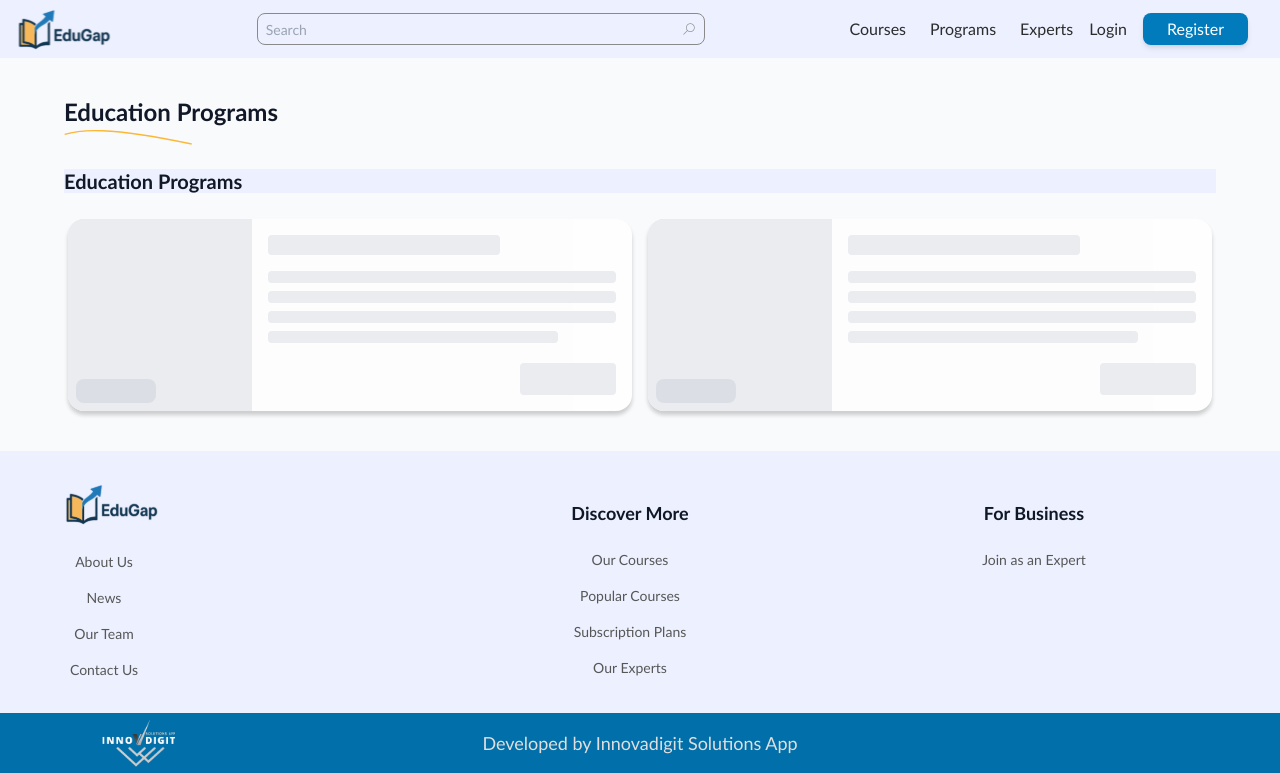
Repository: Yehyv/EduGap-Project
Page: /programs-list
The author's editor kept a copy of each file at every save. The page is drawn from the files as they stood at one save, then again after the next save.
The browser window is 1280 px wide. The pictures show the whole page.
The page's requests for data from a server got no answer. The project was rebuilt for these pictures with package versions that can differ from the ones it lists, and the page was loaded fresh each time. Some packages were replaced by stand-ins written for this rebuild. No one was signed in, and anything a server would have sent is missing. Also part of the build but not shown: vite.config.ts, src/features/auth/services/authApi.ts, src/shared/utils/AppSwal.tsx, src/shared/utils/ShowMessagesAlert.tsx, src/features/auth/hooks/useLogin.ts, src/features/auth/components/LoginForm.tsx, src/features/auth/index.ts, src/shared/hooks/useClickOutside.ts and 74 more.

Above is the page before, as saved 2025-09-30 14:58:33.

### index.html
<!doctype html>
<html lang="en">

<head>
  <meta charset="UTF-8" />
  <meta name="viewport" content="width=device-width, initial-scale=1.0" />
  <link rel="icon" type="image/svg+xml" href="/favicon.svg" />
  <link rel="icon" type="image/png" href="/favicon-96x96.png" sizes="96x96" />
  <link rel="icon" type="image/svg+xml" href="/favicon.svg" />
  <link rel="shortcut icon" href="/favicon.ico" />
  <link rel="apple-touch-icon" sizes="180x180" href="/apple-touch-icon.png" />
  <link rel="manifest" href="/site.webmanifest" />
  <title>EduGap</title>
</head>

<body>
  <div id="root"></div>
  <script type="module" src="/src/main.tsx"></script>
</body>

</html>

### src/main.tsx
import { createRoot } from "react-dom/client";
import { BrowserRouter } from "react-router-dom";
import "./index.css";
import AppRoutes from "./routes/AppRoutes.tsx";
import "slick-carousel/slick/slick.css";
import "slick-carousel/slick/slick-theme.css";
import { AuthProvider } from "./features/auth/context/AuthContext.tsx";
import { QueryClient, QueryClientProvider } from "@tanstack/react-query";
import { ReactQueryDevtools } from "@tanstack/react-query-devtools";
import { LanguageProvider } from "./shared/localization/LanguageProvider.tsx";
import HtmlDirection from "./shared/utils/HtmlDirections.tsx";

const queryClient = new QueryClient();

createRoot(document.getElementById("root")!).render(
  <QueryClientProvider client={queryClient}>
    <BrowserRouter>
      <LanguageProvider>
        <HtmlDirection>
          <AuthProvider>
            <AppRoutes />
            {import.meta.env.DEV && (
              <ReactQueryDevtools initialIsOpen={false} />
            )}
          </AuthProvider>
        </HtmlDirection>
      </LanguageProvider>
    </BrowserRouter>
  </QueryClientProvider>
);

### src/features/auth/context/AuthContext.tsx
import { createContext, useContext, useState } from "react";
import type { AuthContextType } from "../auth.types";

const AuthContext = createContext<AuthContextType | undefined>(undefined);

export const AuthProvider = ({ children }: { children: React.ReactNode }) => {
  const [token, setToken] = useState<string | null>(
    localStorage.getItem("token")
  );

  const login = (newToken: string) => {
    localStorage.setItem("token", newToken);
    setToken(newToken);
  };
  const saveRefreshToken = (refreshToken: string) => {
    localStorage.setItem("refresh-token", refreshToken);
  };

  const logout = () => {
    localStorage.removeItem("token");
    setToken(null);
  };

  return (
    <AuthContext.Provider value={{ token, login, logout, saveRefreshToken }}>
      {children}
    </AuthContext.Provider>
  );
};

export const useAuth = () => {
  const ctx = useContext(AuthContext);
  if (!ctx) {
    throw new Error("useAuth must be used inside AuthProvider");
  }
  return ctx;
};

### src/shared/localization/LanguageProvider.tsx
import { useState, useEffect } from "react";
import translations from "./translations";
import { LanguageContext } from "./LanguageContext";
import type { Language, TranslationKeys } from "./LanguageContext";

export const LanguageProvider = ({
  children,
}: {
  children: React.ReactNode;
}) => {
  const [lang, setLangState] = useState<Language>(() => {
    const saved = localStorage.getItem("lang") as Language | null;
    if (saved) return saved;
    if (navigator.language.startsWith("ar")) return "ar";
    return "en";
  });

  useEffect(() => {
    localStorage.setItem("lang", lang);
    document.body.dir = lang === "ar" ? "rtl" : "ltr";
    document.body.lang = lang;
  }, [lang]);

  const t = (key: TranslationKeys) => translations[lang][key];

  const setLang = (newLang: Language) => {
    setLangState(newLang);
  };

  return (
    <LanguageContext.Provider value={{ lang, setLang, t }}>
      {children}
    </LanguageContext.Provider>
  );
};

### src/shared/utils/HtmlDirections.tsx
import { useEffect } from "react";
import { useLanguage } from "../localization/useLanguage";

const HtmlDirection = ({ children }: { children: React.ReactNode }) => {
  const { lang } = useLanguage();

  useEffect(() => {
    document.body.dir = lang === "ar" ? "rtl" : "ltr";
    document.body.lang = lang;
  }, [lang]);

  return <>{children}</>;
};

export default HtmlDirection;

### src/assets/fonts/fonts.css
@font-face {
  font-family: "Rubik";
  src: url("./Rubik-Regular.woff2") format("woff2");
  font-weight: 400;
  font-style: normal;
}

@font-face {
  font-family: "Rubik";
  src: url("./Rubik-Medium.woff2") format("woff2");
  font-weight: 500;
  font-style: normal;
}

@font-face {
  font-family: "Rubik";
  src: url("./Rubik-Bold.woff2") format("woff2");
  font-weight: 700;
  font-style: normal;
}

### src/layouts/MainLayout/MainLayouts.tsx
import { Outlet } from "react-router-dom";
import { Header, InnovaFooter, Footer } from "@/shared/components";

const MainLayout = () => {
  return (
    <div className="min-h-screen flex flex-col bg-gray-50">
      <Header />
      {/* Main Content */}
      <main className="flex-1 grid grid-cols-1 gap-10 ">{<Outlet />}</main>
      <div>
        <Footer />
        <InnovaFooter />
      </div>
    </div>
  );
};

export default MainLayout;

### src/pages/ProgramsList.tsx
import SectionTitle from "@/shared/components/SectionTitle";
import type { ProgramsResponse } from "@/shared/types/sharedTypes";
import { useQuery } from "@tanstack/react-query";
import ErrorMessage from "@/shared/components/ErrorMessage";
import ScrollToTop from "@/shared/utils/ScrollToTop";
import CustomPagination from "@/shared/utils/CustomPagination";
import { useLanguage } from "@/shared/localization/useLanguage";
import { useSearchParams } from "react-router-dom";
import ProgramsSectionCardSkeleton from "@/shared/components/ui/ProgramsSectionCardSkeleton";
import ProgramsSectionCard from "@/shared/components/EduGap/ProgramsSectionCard";
import { RESULTS_PER_PAGE } from "@/shared/utils/globals";
import { getAllEducationsList } from "@/features/GuestHome/services/GuestHomeApi";

const GuestPopularCoursesPage = () => {
  const { t } = useLanguage();
  const [searchParams, setSearchParams] = useSearchParams();
  const page = Number(searchParams.get("page")) || 1;

  const { data, isLoading, error } = useQuery<ProgramsResponse>({
    queryKey: ["getGuestProgramsList", page],
    queryFn: () => getAllEducationsList(page.toString(), RESULTS_PER_PAGE),
  });

  const handlePageChange = (newPage: number) => {
    setSearchParams({ page: newPage.toString() });
  };

  if (error) return <ErrorMessage message={error?.message} />;

  return (
    <div className="mb-5 mt-10 container">
      <ScrollToTop />
      <SectionTitle textTitle={t("programs_title")} />
      <div className="bg-primary">
        <h4>{t("programs_title")}</h4>
      </div>
      {isLoading ? (
        <div className="grid grid-cols-1 sm:grid-cols-2 gap-2">
          {Array.from({ length: 2 }).map((_, idx) => (
            <ProgramsSectionCardSkeleton key={idx} />
          ))}
        </div>
      ) : data?.formattedPrograms?.length === 0 ? (
        <div className="flex justify-center items-center py-10">
          <p className="text-gray-500 text-lg font-medium">
            {t("no_data_available") ?? "لا يوجد بيانات متاحة"}
          </p>
        </div>
      ) : (
        <>
          <div className="grid grid-cols-1 sm:grid-cols-2 gap-4">
            {data?.formattedPrograms?.map((d, index) => (
              <ProgramsSectionCard key={index} data={d} />
            ))}
          </div>
          <CustomPagination
            currentPage={data?.pagination.page ?? 1}
            onPageChange={handlePageChange}
            totalPages={data?.pagination.totalPages ?? 1}
          />
        </>
      )}
    </div>
  );
};

export default GuestPopularCoursesPage;

### src/shared/localization/LanguageContext.tsx
import { createContext } from "react";
import translations from "./translations";

export type Language = keyof typeof translations;
export type TranslationKeys = keyof (typeof translations)["en"];

export type LanguageContextType = {
  lang: Language;
  setLang: (lang: Language) => void;
  t: (key: TranslationKeys) => string;
};

export const LanguageContext = createContext<LanguageContextType | undefined>(
  undefined
);

### src/shared/localization/useLanguage.ts
import { useContext } from "react";
import { LanguageContext } from "./LanguageContext";

export const useLanguage = () => {
  const context = useContext(LanguageContext);
  if (!context) {
    throw new Error("useLanguage must be used within LanguageProvider");
  }
  return context;
};

### src/shared/components/index.ts
export { default as Header } from "./Header";
export { default as InnovaFooter } from "./InnovaFooter";
export { default as Footer } from "./Footer";
export { default as Loader } from "./Loader";
export { default as GradientButton } from "./ui/GradientButton";
export { default as LightButton } from "./ui/LightButton";
export { default as TextField } from "./forms/TextField";
export { default as NotFoundLottie } from "./NotFoundLottie";

### src/shared/components/SectionTitle.tsx
import TitleLine from "@/assets/svgs/TitileLine.svg?react";
const SectionTitle = ({
  textTitle,
  lineWidth = "w-32",
}: {
  textTitle: string;
  lineWidth?: string;
}) => {
  return (
    <div className="mb-5">
      <h2 className="mb-0"> {textTitle}</h2>
      <TitleLine className={lineWidth} />
    </div>
  );
};

export default SectionTitle;

### src/features/GuestHome/services/GuestHomeApi.ts
import api from "@/shared/services/axios";
import type {
  ApiResponse,
  CoursesResponse,
  CourseType,
  ExpertsResponse,
  ProgramsResponse,
  ProgramsType,
} from "@/shared/types/sharedTypes";

export async function getPopularCoursesForSlider(): Promise<CourseType[]> {
  const res = await api.get<ApiResponse<CourseType[]>>("/contents/first-8");
  return res.data.data;
}
export async function getSavedCoursesForSlider(): Promise<CourseType[]> {
  const res = await api.get<ApiResponse<CourseType[]>>(
    "/saved-contents/user/first-8"
  );
  return res.data.data;
}
export async function getAllPopularCourses(
  page: string,
  limit: number
): Promise<CoursesResponse> {
  const res = await api.get<ApiResponse<CoursesResponse>>("/contents", {
    params: { page, limit },
  });
  return res.data.data;
}

export async function getAllSavedContents(
  page: string,
  limit: number
): Promise<CoursesResponse> {
  const res = await api.get<ApiResponse<CoursesResponse>>(
    "/saved-contents/user",
    {
      params: { page, limit },
    }
  );
  return res.data.data;
}

export async function getEducationProgramsForSlider(): Promise<ProgramsType[]> {
  const res = await api.get<ApiResponse<ProgramsType[]>>("/programs/first-8");
  return res.data.data;
}

export async function getAllEducationsList(
  page: string,
  limit: number
): Promise<ProgramsResponse> {
  const res = await api.get<ApiResponse<ProgramsResponse>>("/programs", {
    params: { page, limit },
  });
  return res.data.data;
}

export async function getAllExpertsList(
  page: string,
  limit: number
): Promise<ExpertsResponse> {
  const res = await api.get<ApiResponse<ExpertsResponse>>("/educators", {
    params: {
      page,
      limit,
    },
  });
  return res.data.data;
}

### src/shared/utils/globals.ts
export const RESULTS_PER_PAGE = 3;

### src/shared/components/ui/ProgramsSectionCardSkeleton.tsx
const ProgramsSectionCardSkeleton = () => {
  return (
    <div className="bg-white flex rounded-2xl shadow-custom overflow-hidden my-5 mx-1 animate-pulse">
      {/* Left image skeleton */}
      <div className="w-1/2 relative bg-gray-200">
        <div className="w-full h-40 bg-gray-200"></div>
        <div className="absolute start-2 bottom-2 bg-gray-300 rounded-lg px-3 py-1 text-sm w-20 h-6"></div>
      </div>

      {/* Right content skeleton */}
      <div className="w-full p-4 flex flex-col">
        {/* Title */}
        <div className="h-5 bg-gray-200 rounded w-2/3 mb-4"></div>
        {/* Description lines */}
        <div className="space-y-2 flex-1">
          <div className="h-3 bg-gray-200 rounded"></div>
          <div className="h-3 bg-gray-200 rounded"></div>
          <div className="h-3 bg-gray-200 rounded"></div>
          <div className="h-3 bg-gray-200 rounded w-5/6"></div>
        </div>
        {/* Button skeleton */}
        <div className="h-8 bg-gray-200 rounded w-24 self-end mt-5"></div>
      </div>
    </div>
  );
};

export default ProgramsSectionCardSkeleton;

### src/shared/components/Header.tsx
import LogoSm from "@/assets/svgs/LogoSm.svg?react";
import NavListIcon from "@/assets/svgs/NavListIcon.svg?react";
import { Link } from "react-router";
import DefaultButton from "./ui/DefaultButton";
import { useState } from "react";
import UserNav from "./UserNav";
import { useLanguage } from "../localization/useLanguage";
import SearchBar from "./ui/SearchBar";

const Header = ({ isLoggedIn = false }: { isLoggedIn?: boolean }) => {
  const { t, lang } = useLanguage();
  const [menuOpen, setMenuOpen] = useState(false);

  return (
    <header
      className={`${
        isLoggedIn ? "bg-white" : "bg-primary"
      } py-2 z-50 sticky start-0 end-0 top-0`}
    >
      <div className="container mx-auto flex items-center justify-between gap-4 px-4">
        {/* Logo */}
        <Link to={"/userHome"}>
          <LogoSm className="w-24 cursor-pointer" />
        </Link>

        {/* Desktop Search */}
        <SearchBar
          placeholder={t("search_placeholder")}
          lang={lang}
          className="sm:max-w-md mx-auto max-md:hidden"
        />

        {/* Desktop Nav */}
        <nav className="hidden md:flex gap-6">
          <Link to="/">{t("nav_courses")}</Link>
          <Link to="/">{t("nav_programs")}</Link>
          <Link to="/">{t("nav_experts")}</Link>
        </nav>

        {/* Not Auth */}
        {!isLoggedIn && (
          <div className="hidden md:flex gap-4 items-center">
            <Link to="/login">{t("auth_login")}</Link>
            <DefaultButton
              text={t("auth_register")}
              type="reset"
              moreStyle="px-6 !py-1"
              onClick={() => {}}
            />
          </div>
        )}

        {/* User & Mobile Menu */}
        <div className="flex gap-4">
          {isLoggedIn && <UserNav />}
          <button
            className="md:hidden flex items-center cursor-pointer p-1"
            onClick={() => setMenuOpen(!menuOpen)}
          >
            <NavListIcon className="h-5 w-5" />
          </button>
        </div>
      </div>

      {/* Mobile Menu */}
      {menuOpen && (
        <div
          className="md:hidden bg-white shadow-md px-4 mt-2 pt-4 pb-6 space-y-4"
          dir={lang === "ar" ? "rtl" : "ltr"}
        >
          <nav className="flex flex-col gap-3">
            <Link to="/">{t("nav_courses")}</Link>
            <Link to="/">{t("nav_programs")}</Link>
            <Link to="/">{t("nav_experts")}</Link>
          </nav>
          {!isLoggedIn && <Link to="/login">{t("auth_login")}</Link>}
          <div className="flex justify-between mt-4 gap-2">
            {!isLoggedIn && (
              <DefaultButton
                text={t("auth_register")}
                type="reset"
                moreStyle="w-[150px] !py-1"
                onClick={() => {}}
              />
            )}
          </div>
        </div>
      )}

      {/* Mobile Search */}
      <div className="mx-4 md:hidden mt-3">
        <SearchBar
          placeholder={t("search_placeholder")}
          lang={lang}
          className="max-w-md mx-auto"
        />
      </div>
    </header>
  );
};

export default Header;

### src/shared/components/InnovaFooter.tsx
import InnovaLogo from "@/assets/svgs/InnovaLogo.svg?react";
import { useLanguage } from "../localization/useLanguage";
const InnovaFooter = () => {
  const { t } = useLanguage();
  return (
    <footer className="text-[#E0DEDE] text-lg bg-[#016FA9] max-md:text-sm  text-center center items-center relative min-h-[60px]">
      <InnovaLogo className="h-[50px] max-sm:h-[35px] absolute max-sm:static left-20 max-md:left-0" />
      <div className="max-sm:mx-2">
        {" "}
        {t("footer_by_company")} Innovadigit Solutions App{" "}
      </div>
    </footer>
  );
};

export default InnovaFooter;

### src/shared/components/ui/DefaultButton.tsx
type defaultButtonPropsTypes = {
  text: string | React.ReactNode;
  type: "submit" | "reset" | "button" | undefined;
  moreStyle?: string;
  onClick: () => void;
  disabled?: boolean;
};
const DefaultButton = ({
  text,
  type,
  moreStyle,
  onClick,
  disabled,
}: defaultButtonPropsTypes) => {
  return (
    <button
      disabled={disabled}
      onClick={onClick}
      type={type}
      className={`${moreStyle} bg-gradient-to-r cursor-pointer bg-secondary text-white  px-4 py-2 rounded-lg shadow-md hover:to-secondary-dark transition`}
    >
      {text}
    </button>
  );
};

export default DefaultButton;

### src/shared/services/axios.ts
import axios from "axios";

const api = axios.create({
  baseURL: import.meta.env.VITE_BASE_URL,
  headers: {
    "Content-Type": "application/json",
  },
});

// 🔹 Refresh token API call
const refreshAccessToken = async () => {
  try {
    const refreshToken = localStorage.getItem("refresh-token");
    if (!refreshToken) throw new Error("No refresh token found");

    const response = await axios.post(
      `${import.meta.env.VITE_BASE_URL}/auth/refresh`,
      {},
      {
        headers: {
          Authorization: `Bearer ${refreshToken}`,
        },
      }
    );

    const newAccessToken = response.data?.data?.accessToken;
    const newRefreshToken = response.data?.data?.refreshToken;

    if (newAccessToken) {
      localStorage.setItem("token", newAccessToken);
    }
    if (newRefreshToken) {
      localStorage.setItem("refresh-token", newRefreshToken);
    }

    return newAccessToken;
  } catch (err) {
    localStorage.removeItem("token");
    localStorage.removeItem("refresh-token");
    localStorage.removeItem("user");
    processQueue(err, null);
    window.location.href = "/login";
    throw err;
  }
};

// 🔹 Request interceptor
api.interceptors.request.use(
  (config) => {
    const token = localStorage.getItem("token");
    const lang = localStorage.getItem("lang");

    if (token) {
      config.headers.Authorization = `Bearer ${token}`;
    }
    if (lang) {
      config.headers["languageId"] = lang === "en" ? "1" : "2";
    }
    return config;
  },
  (error) => Promise.reject(error)
);

// 🔹 Response interceptor with refresh flow
let isRefreshing = false;
let failedQueue: any[] = [];

const processQueue = (error: any, token: string | null = null) => {
  failedQueue.forEach((prom) => {
    if (error) {
      prom.reject(error);
    } else {
      prom.resolve(token);
    }
  });
  failedQueue = [];
};

api.interceptors.response.use(
  (response) => response,
  async (error) => {
    const originalRequest = error.config;

    // if unauthorized
    if (error.response?.status === 401 && !originalRequest._retry) {
      if (isRefreshing) {
        // wait until refreshing is done
        return new Promise((resolve, reject) => {
          failedQueue.push({ resolve, reject });
        })
          .then((token) => {
            originalRequest.headers.Authorization = `Bearer ${token}`;
            return api(originalRequest);
          })
          .catch((err) => Promise.reject(err));
      }

      originalRequest._retry = true;
      isRefreshing = true;

      try {
        const newToken = await refreshAccessToken();
        processQueue(null, newToken);

        originalRequest.headers.Authorization = `Bearer ${newToken}`;
        return api(originalRequest);
      } catch (err) {
        processQueue(err, null);
        throw err;
      } finally {
        isRefreshing = false;
      }
    }

    return Promise.reject(error);
  }
);

export default api;

### src/shared/components/ui/SearchBar.tsx
import SearchIcon from "@/assets/svgs/SearchIcon.svg?react";

const SearchBar = ({
  placeholder,
  lang,
  className = "",
}: {
  placeholder: string;
  lang: string;
  className?: string;
}) => (
  <div className={`relative text-gray-600 flex-1 ${className}`}>
    <input
      className="border border-[#8A8A8A] w-full h-8 px-2 pr-10 rounded-lg text-sm focus:outline-none"
      type="search"
      name="search"
      placeholder={placeholder}
      dir={lang === "ar" ? "rtl" : "ltr"}
    />
    <button type="submit" className="absolute right-2 top-1/2 -translate-y-1/2">
      <SearchIcon className="w-4 h-4" />
    </button>
  </div>
);

export default SearchBar;

Loaded but not shown: src/shared/utils/ScrollToTop.tsx (common file); src/shared/localization/translations.ts (146 lines, source omitted); src/index.css (201 lines, source omitted); src/shared/components/Footer.tsx (97 lines, source omitted); src/routes/AppRoutes.tsx (89 lines, source omitted)

After the next save:
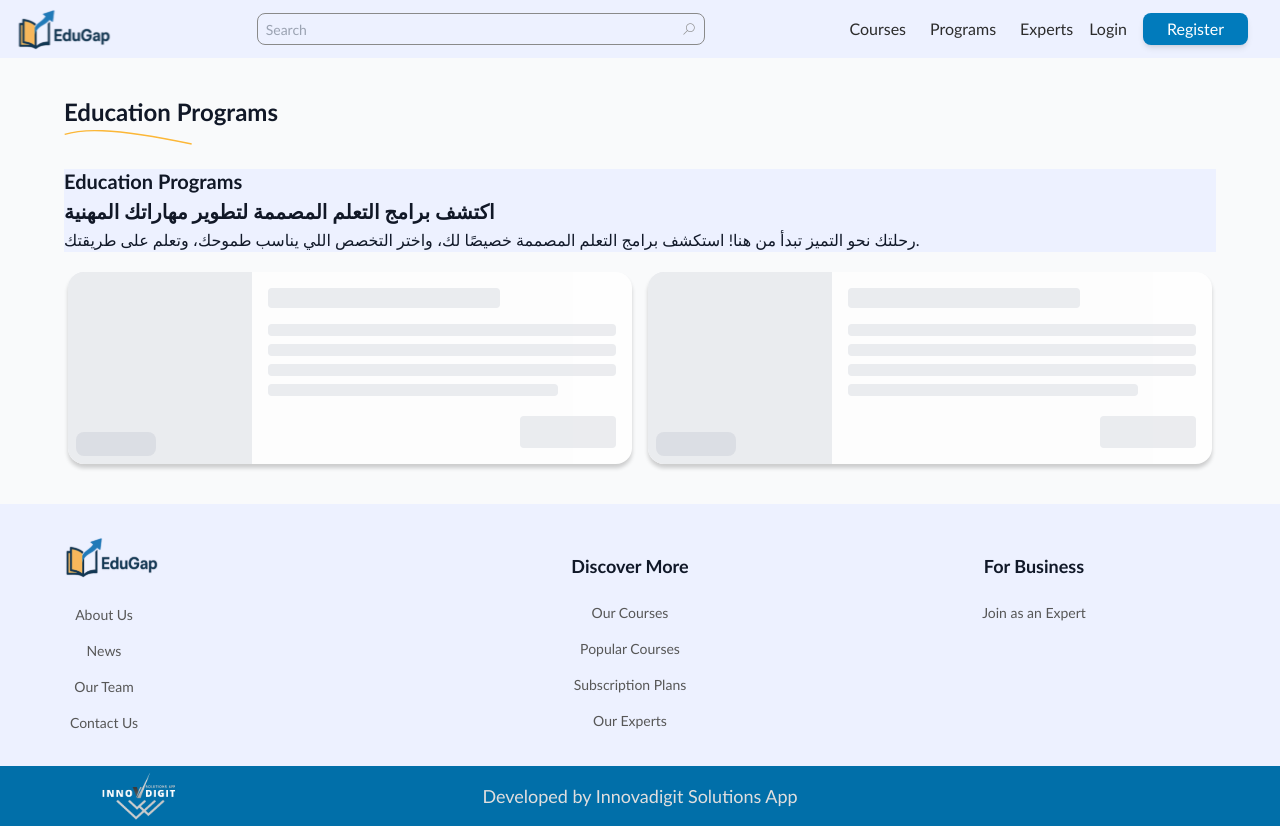
Saved 24 s later.
--- a/src/pages/ProgramsList.tsx
+++ b/src/pages/ProgramsList.tsx
@@ -33,6 +33,11 @@ const GuestPopularCoursesPage = () => {
       <SectionTitle textTitle={t("programs_title")} />
       <div className="bg-primary">
         <h4>{t("programs_title")}</h4>
+        <h4>اكتشف برامج التعلم المصممة لتطوير مهاراتك المهنية</h4>
+        <p>
+          رحلتك نحو التميز تبدأ من هنا! استكشف برامج التعلم المصممة خصيصًا لك،
+          واختر التخصص اللي يناسب طموحك، وتعلم على طريقتك.
+        </p>
       </div>
       {isLoading ? (
         <div className="grid grid-cols-1 sm:grid-cols-2 gap-2">
